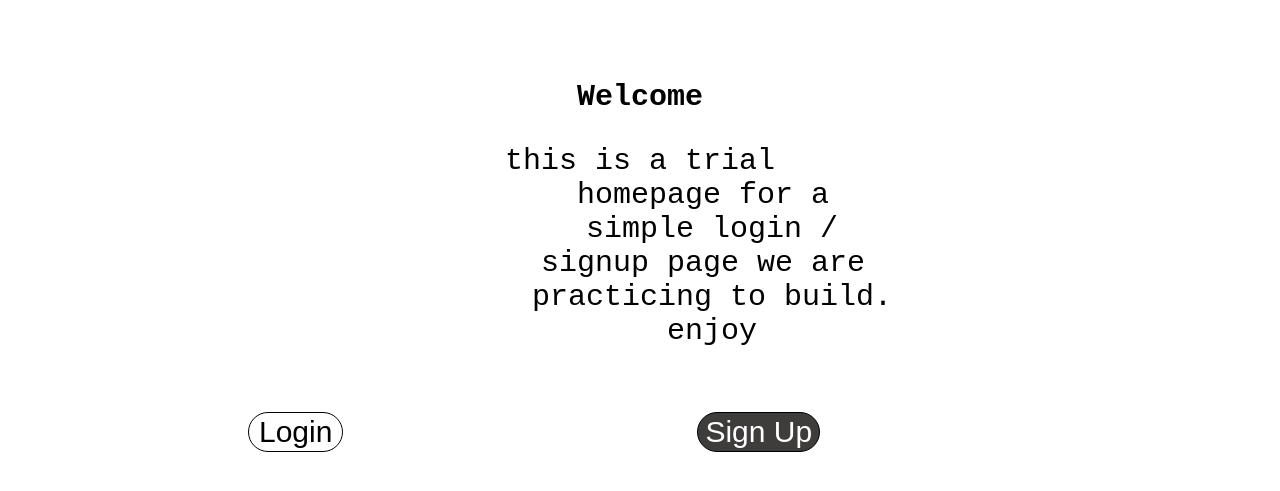
Repository: yhung004/TUTORIAL_PAGE
Page: home.html
These files come from the project's save history. The page is drawn as it stood at one moment and after the next save; the edit follows.
The browser window is 1280 px wide. The pictures show the whole page.

Above is the page before, as saved 2024-04-10 01:56:49.

### home.html
<!DOCTYPE html>
<html lang="en">
<head>
    <meta charset="UTF-8">
    <meta name="viewport" content="width=device-width, initial-scale=1.0">
    <title>Document</title>
    <link rel="stylesheet" href="main.css">
</head>
<body>
    <h3 class="welcome">Welcome</h3>
    <pre class="welcome_text">this is a trial
        homepage for a
        simple login /
        signup page we are
        practicing to build.
        enjoy
    </pre>
    <button class="button_a">
       <a href="#" class="button_a1">Login</a>
    </button>
    <button class="button_b">
        <a href="#" class="button_b1">Sign Up</a>
    </button>
</body>
</html>

### main.css
.welcome{
    text-align: center;
    font-family: 'Courier New', Courier, monospace;
    font-size: 30px;
    margin-top: 80px;
}
.welcome_text {
    text-align:center;
    font-family: 'Courier New', Courier, monospace;
    font-size: 30px;
}
.button_a {
    position: relative;
    margin: 0 -200px 0 240px;
    border: 1px solid black;
    background-color:white;
    border-radius: 20px;
    font-size: 30px;
    padding: 2px 10px 2px 10px;
}
.button_b {
    position: relative;
    margin: 0 -500px 0 550px;
    border : 1px solid black;
    border-radius: 20px;
    background-color: rgb(63, 60, 60);
    color:white;
    font-size: 30px;
    padding: 2px 7px 2px 7px;
}
a.button_b1 {
    text-decoration: none;
    color:white;
}
a.button_a1 {
    text-decoration:none;
    color:black;
}

After the next save:
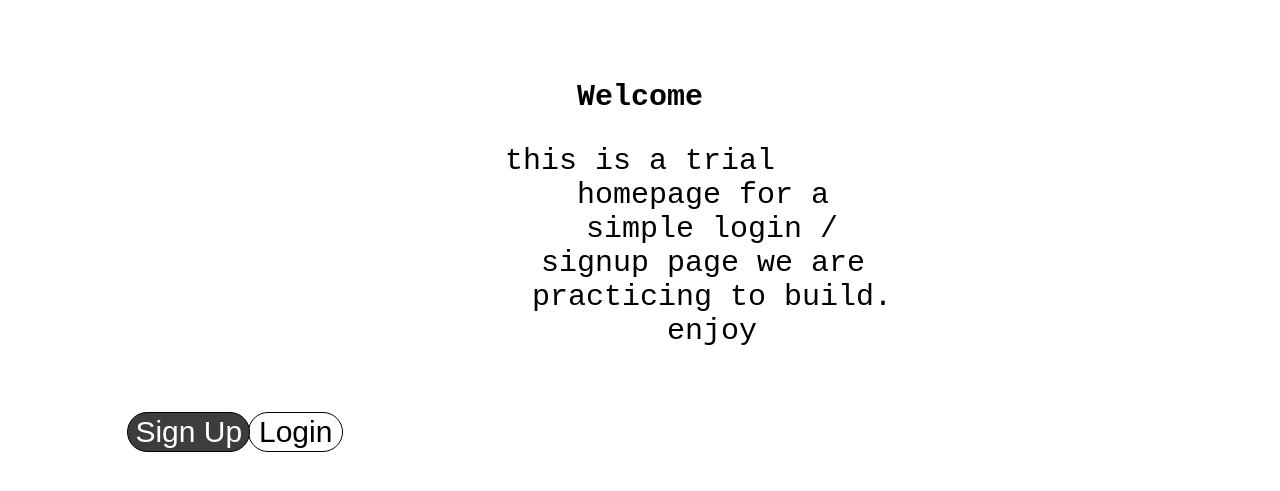
Saved 49 s later.
--- a/main.css
+++ b/main.css
@@ -20,7 +20,7 @@
 }
 .button_b {
     position: relative;
-    margin: 0 -500px 0 550px;
+    right: 20px;
     border : 1px solid black;
     border-radius: 20px;
     background-color: rgb(63, 60, 60);
